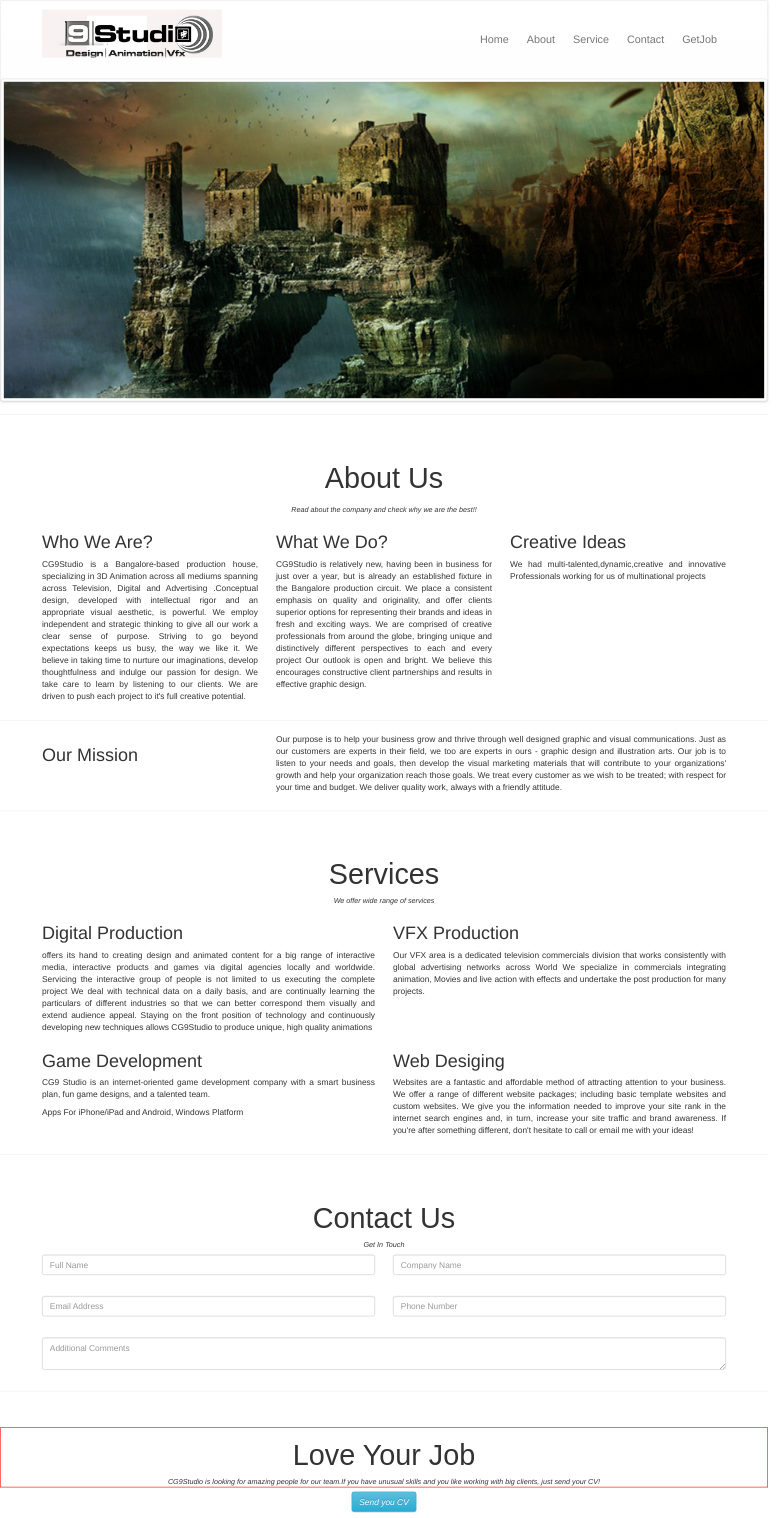
Repository: deepak6sp/BootstrapTheme1
Page: 9studio/WebContent/index.html
The author's editor kept a copy of each file at every save. The page is drawn from the files as they stood at one save, then again after the next save.
The browser window is 1280 px wide. The page is 1294 px wide, so the pictures cover 1294 px, including what lies to the right of the window. The pictures show the whole page, at 60% of full size.
Some web libraries are served in a nearby version.

Above is the page before, as saved 2014-07-23 14:01:31.

After the next save:
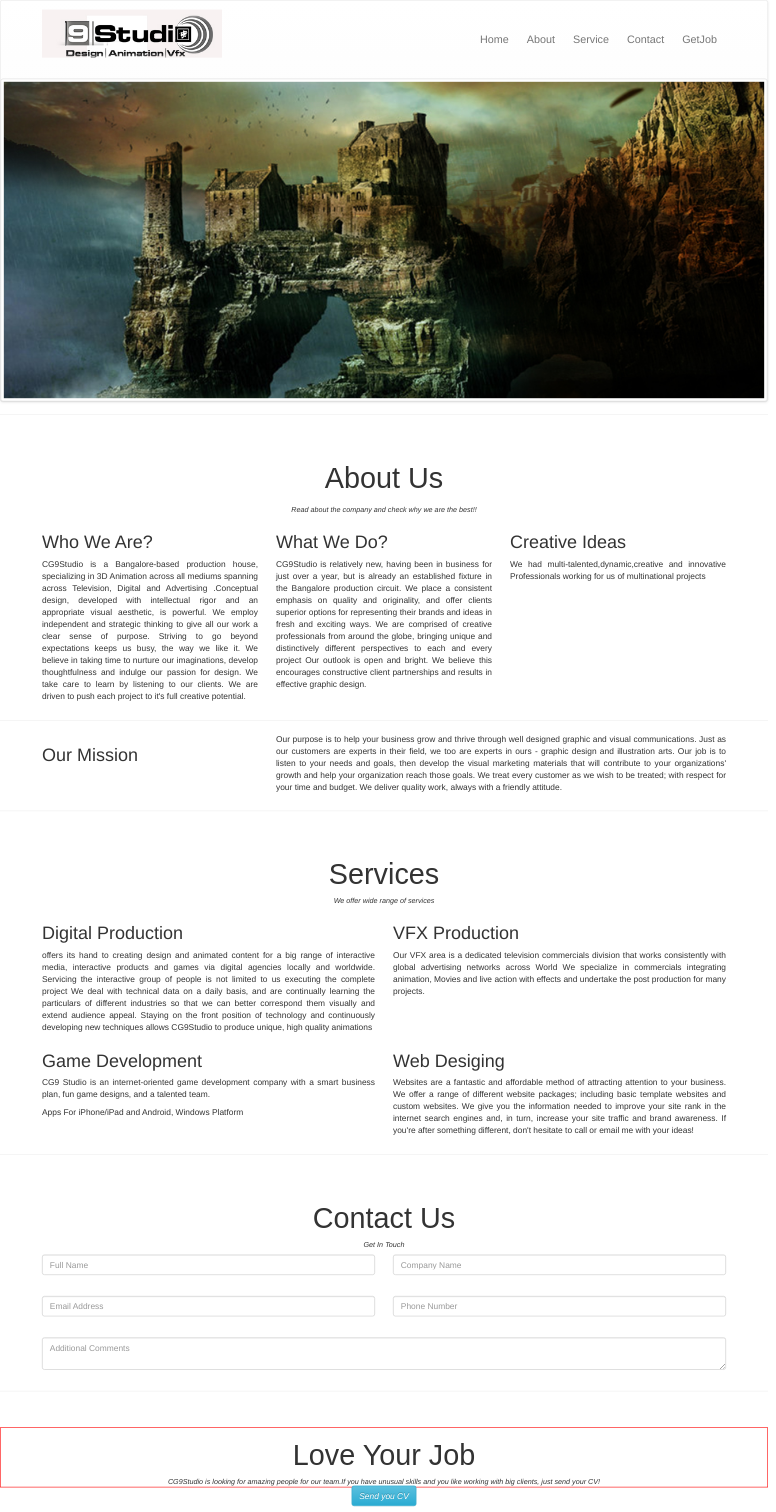
Saved 58 s later.
--- a/9studio/WebContent/index.html
+++ b/9studio/WebContent/index.html
@@ -164,8 +164,8 @@
 			<div id="container" style="height:100px; border:1px solid red;">
 				<div class="row text-center">
 					<h1 >Love Your Job</h1>
-					<h6 >CG9Studio is looking for amazing people for our team.If you have unusual skills and you like working with big clients, just send your CV!</h6>
-					<h6 ><button type="button" class="btn btn-info">Send you CV</button></h6>
+					<h6 >CG9Studio is looking for amazing people for our team.If you have unusual skills and you like working with big clients, just send your CV!
+					</br><button type="button" class="btn btn-info">Send you CV</button></h6>
 				</div>
 			</div>
 		</section>

After the save that followed:
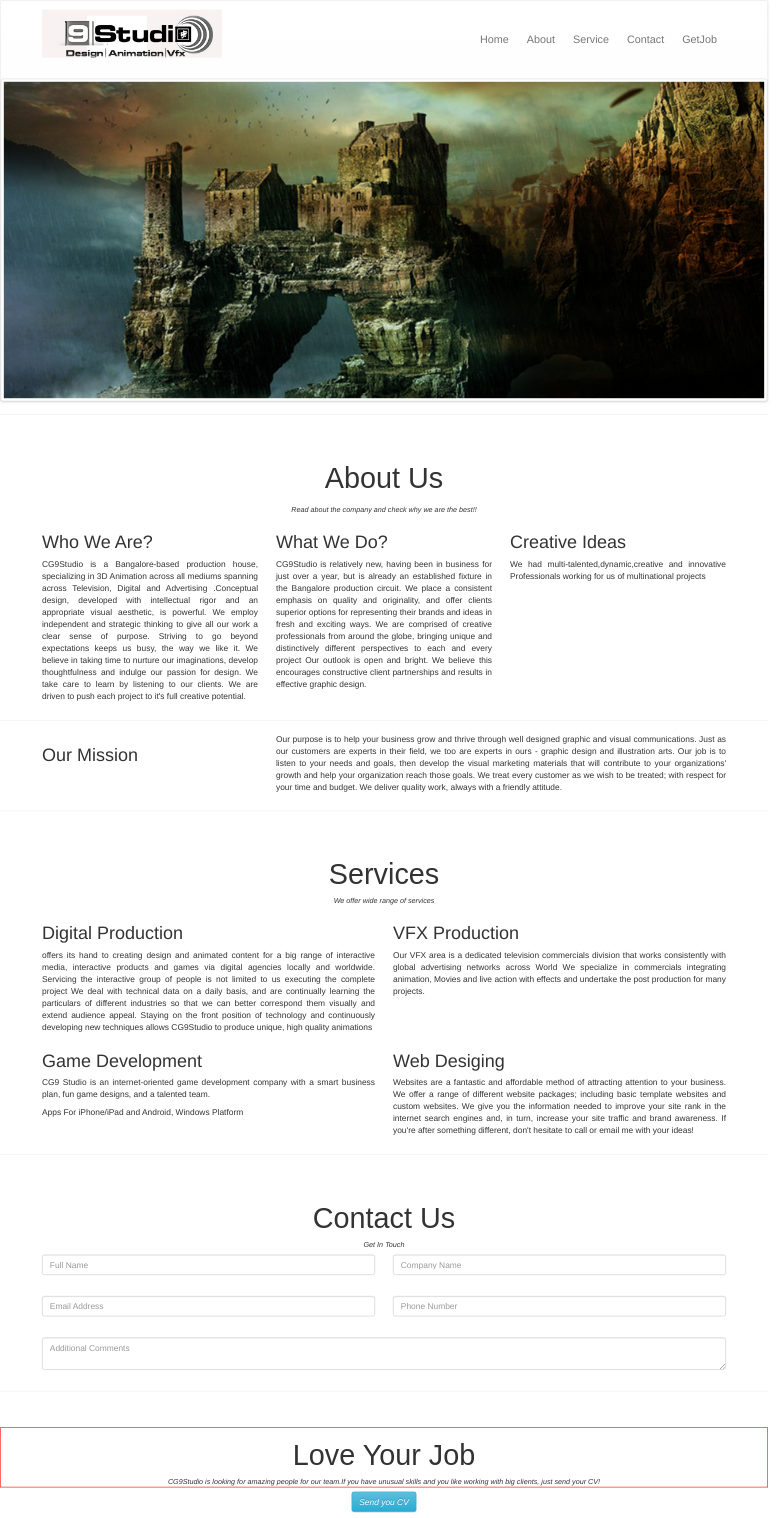
Saved 17 s later.
--- a/9studio/WebContent/index.html
+++ b/9studio/WebContent/index.html
@@ -164,8 +164,8 @@
 			<div id="container" style="height:100px; border:1px solid red;">
 				<div class="row text-center">
 					<h1 >Love Your Job</h1>
-					<h6 >CG9Studio is looking for amazing people for our team.If you have unusual skills and you like working with big clients, just send your CV!
-					</br><button type="button" class="btn btn-info">Send you CV</button></h6>
+					<h6 >CG9Studio is looking for amazing people for our team.If you have unusual skills and you like working with big clients, just send your CV!</h6>
+					<h6 ><button type="button" class="btn btn-info">Send you CV</button></h6>
 				</div>
 			</div>
 		</section>
